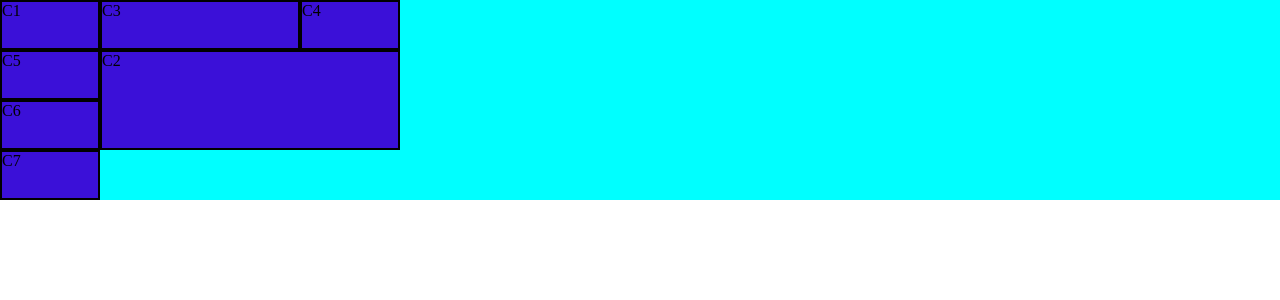
Repository: nepali2385/FUll-stack-practice
Page: Day5/Day5/grid.html
The author's editor kept a copy of each file at every save. The page is drawn from the files as they stood at one save, then again after the next save.
The browser window is 1280 px wide. The pictures show the whole page.

Above is the page before, as saved 2024-08-27 15:24:56.

After the next save:
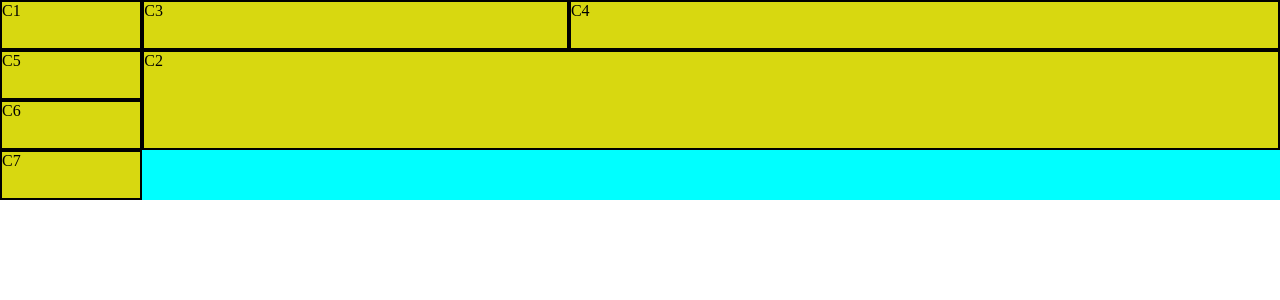
Saved 72 s later.
--- a/Day5/Day5/grid.css
+++ b/Day5/Day5/grid.css
@@ -8,19 +8,19 @@
 
     display:grid;
     grid-template-columns: 100px 200px 100px;
-    grid-template-columns: ;
+    grid-template-columns: 1fr 3fr 5fr;
     grid-auto-rows: 50px;
     background-color: aqua;
     /* justify-content:center;
     justify-items: center;
     align-items: center;
-    align-content:center;1fr 2fr 5fr;
+    align-content:center;
     row-gap: 20px;
     height: 400px;
     column-gap: 10px; */
 }
 .card{
-    background-color: rgb(59, 16, 216);
+    background-color: rgb(216, 216, 16);
     border:2px solid black;
 }
 .c2{
